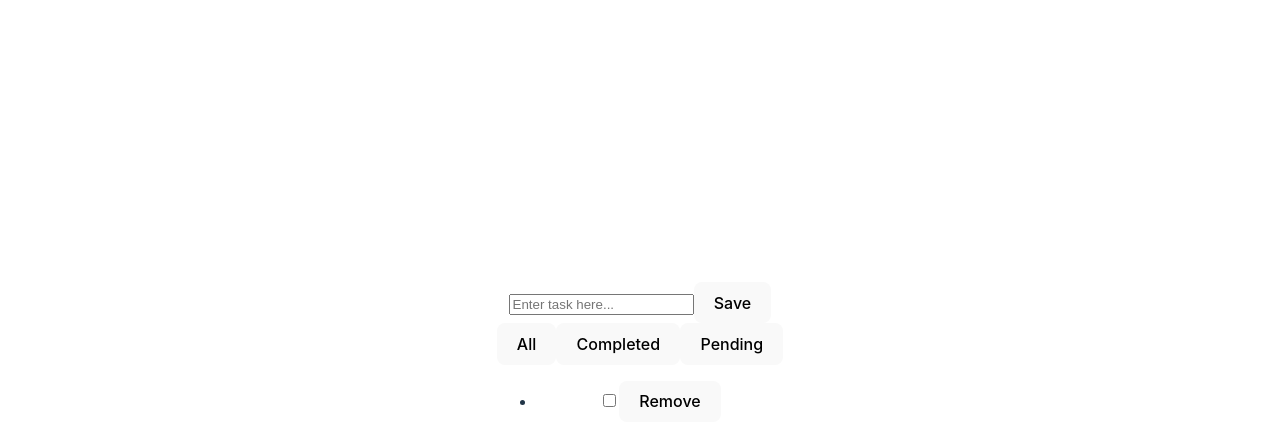
Repository: leslie179/lab4
Page: / (app in lab4/), after clicking the first element matching `button`
An editor plug-in stored every save of this project. The page is shown before and after the next save, followed by the edit.
The browser window is 1280 px wide. The pictures show the whole page.
The project was rebuilt for these pictures with package versions that can differ from the ones it lists, and the page was loaded fresh each time. Also part of the build but not shown: lab4/vite.config.js.

Above is the page before, as saved 2024-10-27 17:38:57.

After the next save:
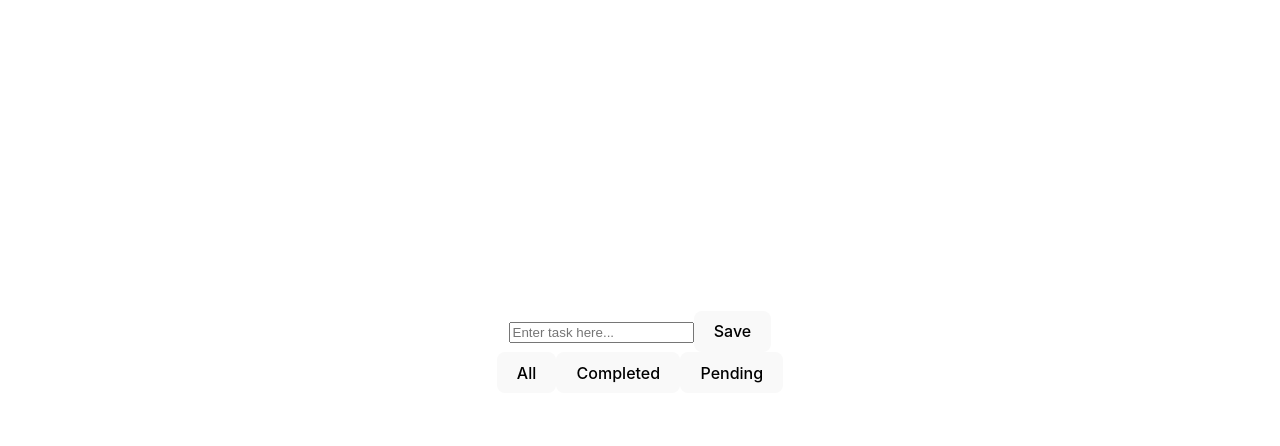
Saved 9 s later.
--- a/lab4/src/App.jsx
+++ b/lab4/src/App.jsx
@@ -16,6 +16,8 @@ function App() {
       <ul>
         {tasks && tasks.map((task, i) => {
           return <Task task={task} setTasks={setTasks} key={i} />
+        }).filter(() => {
+
         })}
       </ul>
 
